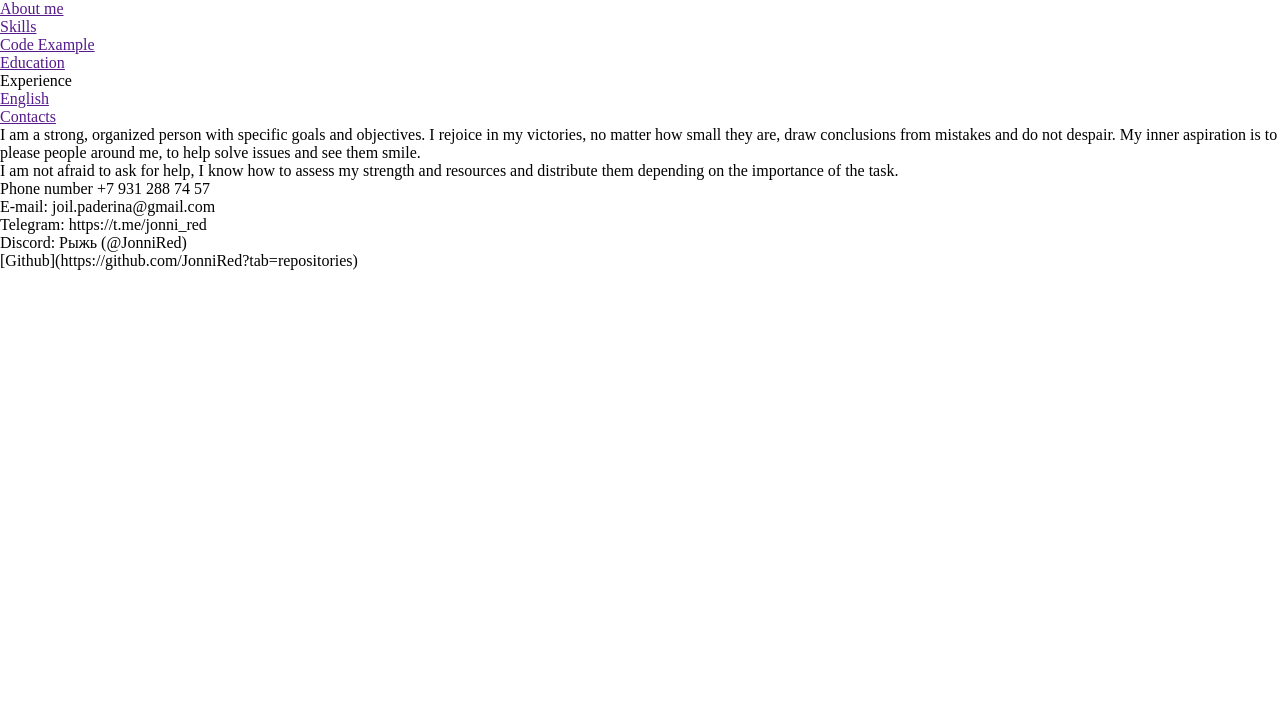
Repository: JonniRed/rsschool-cv-past
Page: index.html
An editor plug-in stored every save of this project. The page is shown before and after the next save, followed by the edit.
The browser window is 1280 px wide. The pictures show the whole page.

Above is the page before, as saved 2023-11-28 16:51:05.

After the next save:
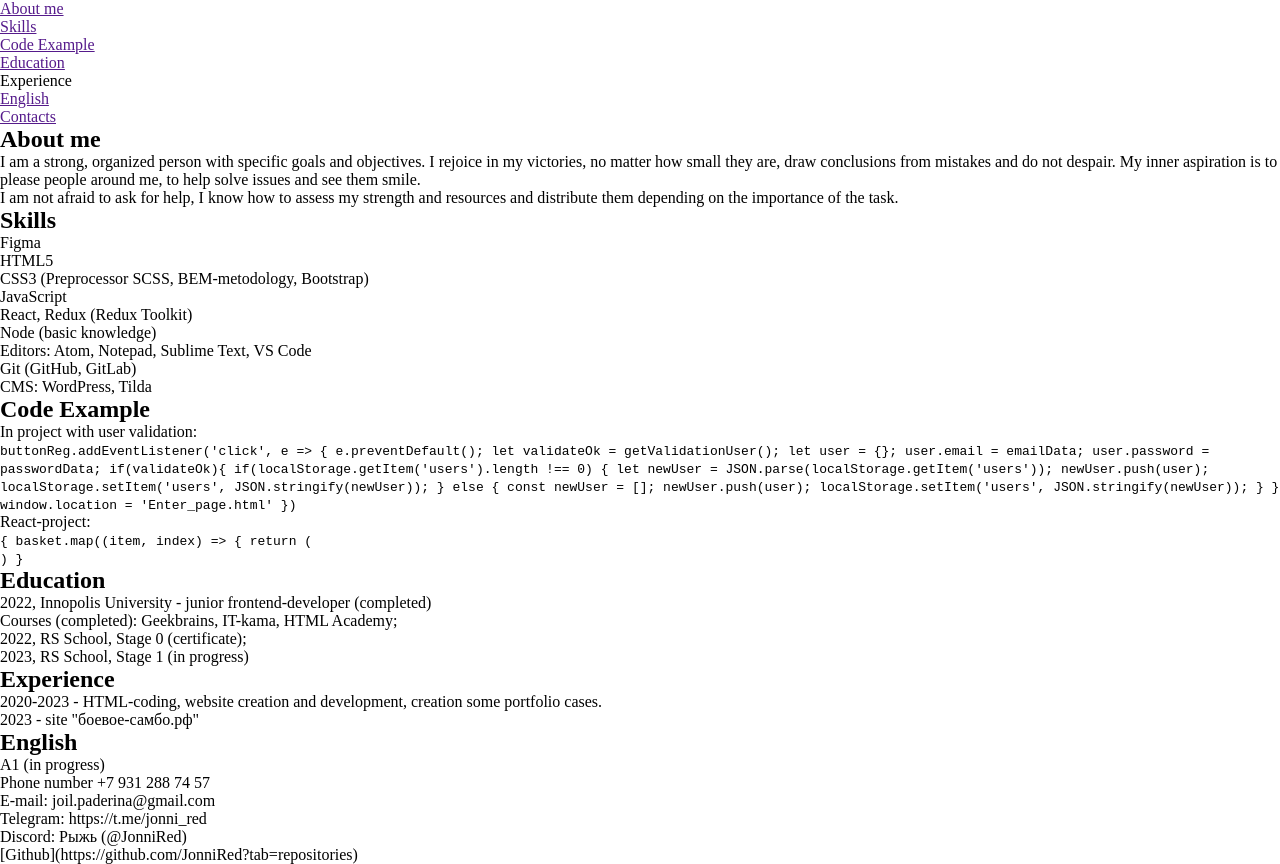
Saved 5 min 51 s later.
--- a/index.html
+++ b/index.html
@@ -24,6 +24,7 @@
     </header>
     <main class="main">
         <section class="about-me">
+            <h2>About me</h2>
             <p>I am a strong, organized person with specific goals and objectives. I rejoice in my victories, no matter
                 how small they are, draw conclusions from mistakes and do not despair. My inner aspiration is to please
                 people around me, to help solve issues and see them smile.</p>
@@ -31,12 +32,77 @@
                 depending on the importance of the task.</p>
         </section>
         <section class="skill">
+            <h2>Skills</h2>
+            <ul class="skill-ul">
+                <li>Figma</li>
+                <li>HTML5</li>
+                <li>CSS3 (Preprocessor SCSS, BEM-metodology, Bootstrap)</li>
+                <li>JavaScript</li>
+                <li>React, Redux (Redux Toolkit)</li>
+                <li>Node (basic knowledge)</li>
+                <li>Editors: Atom, Notepad, Sublime Text, VS Code</li>
+                <li>Git (GitHub, GitLab)</li>
+                <li>CMS: WordPress, Tilda</li>
+            </ul>
+        </section>
+        <section class="code">
+            <h2>Code Example</h2>
+            <p>In project with user validation:</p>
+            <code>
+                buttonReg.addEventListener('click', e => {
+                e.preventDefault();
+                let validateOk = getValidationUser();
+                let user = {};
+                user.email = emailData;
+                user.password = passwordData;
+                if(validateOk){
+                if(localStorage.getItem('users').length !== 0) {
+                let newUser = JSON.parse(localStorage.getItem('users'));
+                newUser.push(user);
+                localStorage.setItem('users', JSON.stringify(newUser));
+                }
 
+                else {
+                const newUser = [];
+                newUser.push(user);
+                localStorage.setItem('users', JSON.stringify(newUser));
+                }
+                }
+                window.location = 'Enter_page.html'
+                })
+            </code>
+            <p>React-project:</p>
+            <code>
+                { basket.map((item, index) => {
+                return (
+                <div className="basket__item" key={index}>
+                    <BasketItem id={ item.id } url={ item.img } name={ item.title } price={ item.price} count={
+                        item.count } />
+                </div>
+                )
+                }
+            </code>
         </section>
-        <section class="code"></section>
-        <section class="edu"></section>
-        <section class="experience"></section>
-        <section class="english"></section>
+        <section class="edu">
+            <h2>Education</h2>
+            <ul class="edu-ul">
+                <li>2022, Innopolis University - junior frontend-developer (completed)</li>
+                <li>Courses (completed): Geekbrains, IT-kama, HTML Academy;</li>
+                <li>2022, RS School, Stage 0 (certificate);</li>
+                <li>2023, RS School, Stage 1 (in progress)</li>
+            </ul>
+        </section>
+        <section class="experience">
+            <h2>Experience</h2>
+            <ul class="exp">
+                <li>2020-2023 - HTML-coding, website creation and development, creation some portfolio cases.</li>
+                <li>2023 - site "боевое-самбо.рф"</li>
+            </ul>
+        </section>
+        <section class="english">
+            <h2>English</h2>
+            <p>A1 (in progress)</p>
+        </section>
         <section class="contact">
             <ul class="contact-ul">
                 <li>Phone number +7 931 288 74 57</li>
@@ -47,7 +113,9 @@
             </ul>
         </section>
     </main>
-    <footer class="footer"></footer>
+    <footer class="footer">
+
+    </footer>
 </body>
 
 </html>
